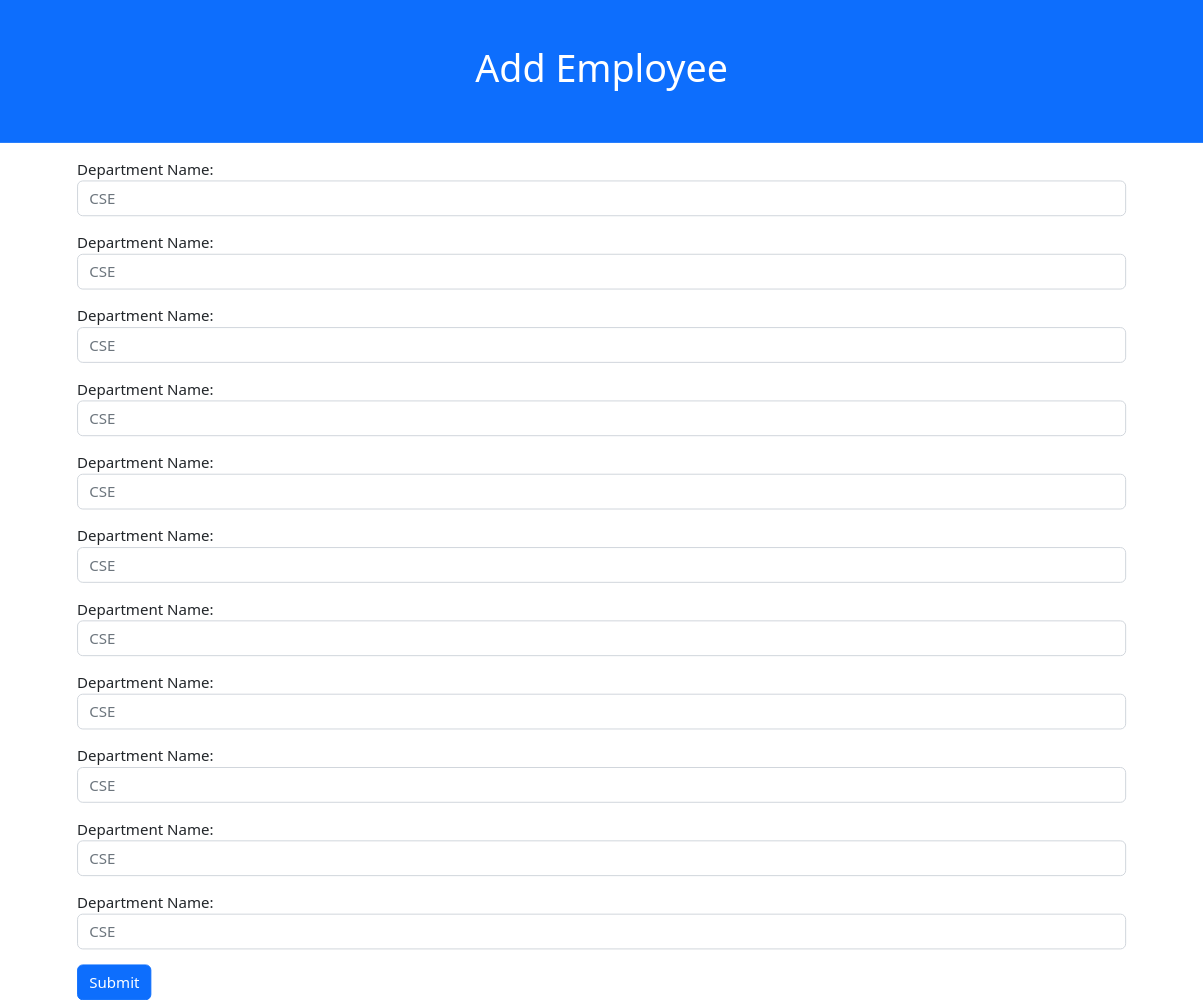
Repository: Rishicollinz/Java_Fullstack
Page: Eclipse 2/jspproject/src/main/webapp/add/add.html
These files come from the project's save history. The page is drawn as it stood at one moment and after the next save; the edit follows.
The browser window is 1280 px wide. The pictures show the whole page, at 94% of full size.

Above is the page before, as saved 2023-05-18 16:46:38.

### Eclipse 2/jspproject/src/main/webapp/add/add.html
<!DOCTYPE html>
<html>
<head>
<meta charset="UTF-8">
<title>Add Employees</title>

<link href="https://cdn.jsdelivr.net/npm/bootstrap@5.2.3/dist/css/bootstrap.min.css" rel="stylesheet">
<script src="https://cdn.jsdelivr.net/npm/bootstrap@5.2.3/dist/js/bootstrap.bundle.min.js"></script>

</head>
<body>

<div class="container-fluid p-5 bg-primary text-white text-center">
  <h1>Add Employee</h1>
</div>

<div class="container mt-3">
  <form action="add.jsp" method="post">
    <div class="mb-3 mt-3">
      <label for="deptName">Department Name:</label>
      <input type="text" class="form-control"  placeholder="CSE" name="deptName">
    </div>
    <div class="mb-3 mt-3">
      <label for="deptName">Department Name:</label>
      <input type="text" class="form-control"  placeholder="CSE" name="deptName">
    </div>
    <div class="mb-3 mt-3">
      <label for="deptName">Department Name:</label>
      <input type="text" class="form-control"  placeholder="CSE" name="deptName">
    </div>
    <div class="mb-3 mt-3">
      <label for="deptName">Department Name:</label>
      <input type="text" class="form-control"  placeholder="CSE" name="deptName">
    </div>
    <div class="mb-3 mt-3">
      <label for="deptName">Department Name:</label>
      <input type="text" class="form-control"  placeholder="CSE" name="deptName">
    </div>
    <div class="mb-3 mt-3">
      <label for="deptName">Department Name:</label>
      <input type="text" class="form-control"  placeholder="CSE" name="deptName">
    </div>
    <div class="mb-3 mt-3">
      <label for="deptName">Department Name:</label>
      <input type="text" class="form-control"  placeholder="CSE" name="deptName">
    </div>
    <div class="mb-3 mt-3">
      <label for="deptName">Department Name:</label>
      <input type="text" class="form-control"  placeholder="CSE" name="deptName">
    </div>
    <div class="mb-3 mt-3">
      <label for="deptName">Department Name:</label>
      <input type="text" class="form-control"  placeholder="CSE" name="deptName">
    </div>
    <div class="mb-3 mt-3">
      <label for="deptName">Department Name:</label>
      <input type="text" class="form-control"  placeholder="CSE" name="deptName">
    </div>
    <div class="mb-3 mt-3">
      <label for="deptName">Department Name:</label>
      <input type="text" class="form-control"  placeholder="CSE" name="deptName">
    </div>
    <button type="submit" class="btn btn-primary">Submit</button>
  </form>
</div>


</body>
</html>

After the next save:
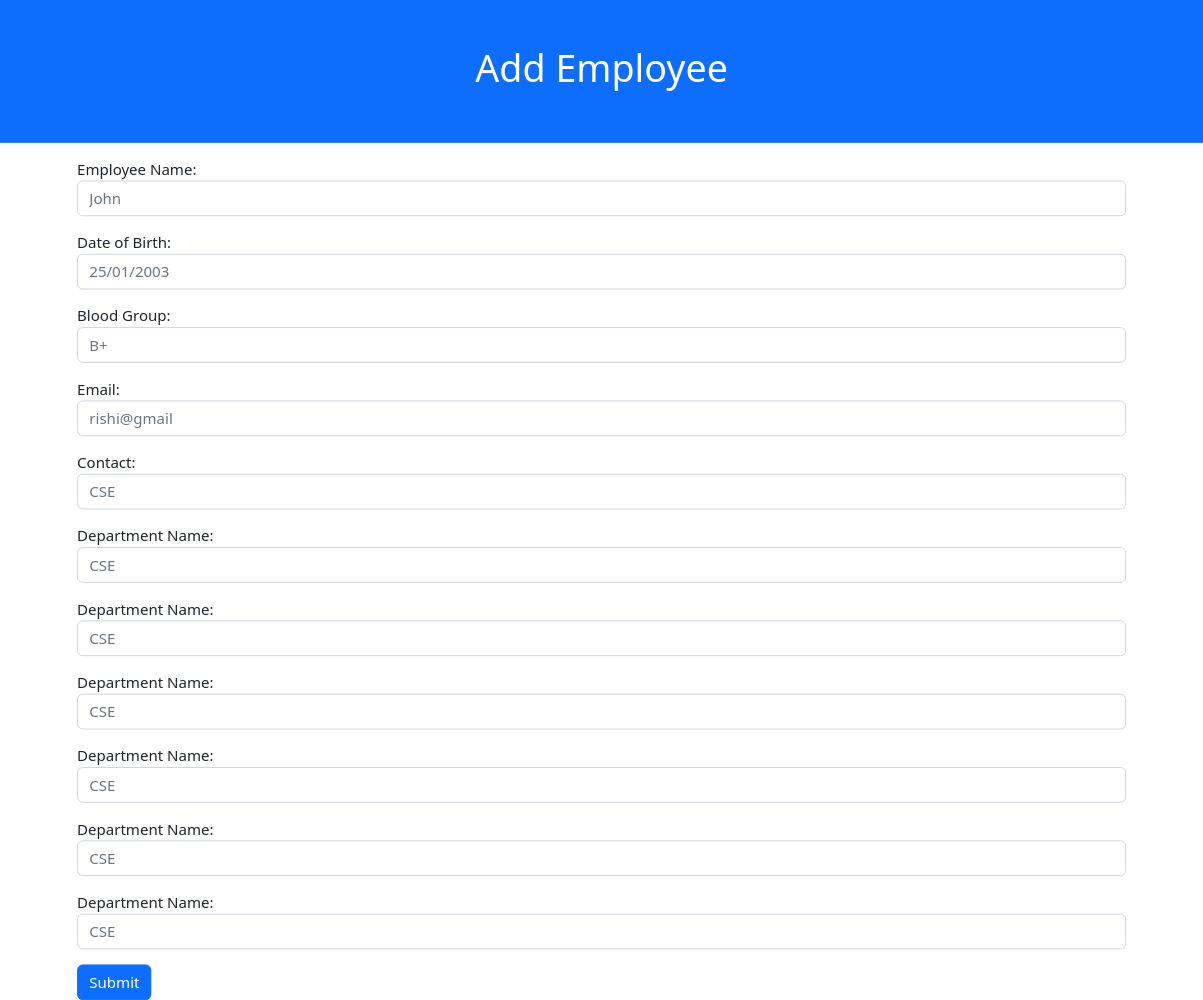
Saved 2 min 37 s later.
--- a/Eclipse 2/jspproject/src/main/webapp/add/add.html
+++ b/Eclipse 2/jspproject/src/main/webapp/add/add.html
@@ -17,23 +17,23 @@
 <div class="container mt-3">
   <form action="add.jsp" method="post">
     <div class="mb-3 mt-3">
-      <label for="deptName">Department Name:</label>
-      <input type="text" class="form-control"  placeholder="CSE" name="deptName">
+      <label for="empName">Employee Name:</label>
+      <input type="text" class="form-control"  placeholder="John" name="empName">
     </div>
     <div class="mb-3 mt-3">
-      <label for="deptName">Department Name:</label>
-      <input type="text" class="form-control"  placeholder="CSE" name="deptName">
+      <label for="dob">Date of Birth:</label>
+      <input type="text" class="form-control"  placeholder="25/01/2003" name="dob">
     </div>
     <div class="mb-3 mt-3">
-      <label for="deptName">Department Name:</label>
-      <input type="text" class="form-control"  placeholder="CSE" name="deptName">
+      <label for="bloodgrp">Blood Group:</label>
+      <input type="text" class="form-control"  placeholder="B+" name="bloodgrp">
     </div>
     <div class="mb-3 mt-3">
-      <label for="deptName">Department Name:</label>
-      <input type="text" class="form-control"  placeholder="CSE" name="deptName">
+      <label for="email">Email:</label>
+      <input type="text" class="form-control"  placeholder="rishi@gmail" name="email">
     </div>
     <div class="mb-3 mt-3">
-      <label for="deptName">Department Name:</label>
+      <label for="contact">Contact:</label>
       <input type="text" class="form-control"  placeholder="CSE" name="deptName">
     </div>
     <div class="mb-3 mt-3">
